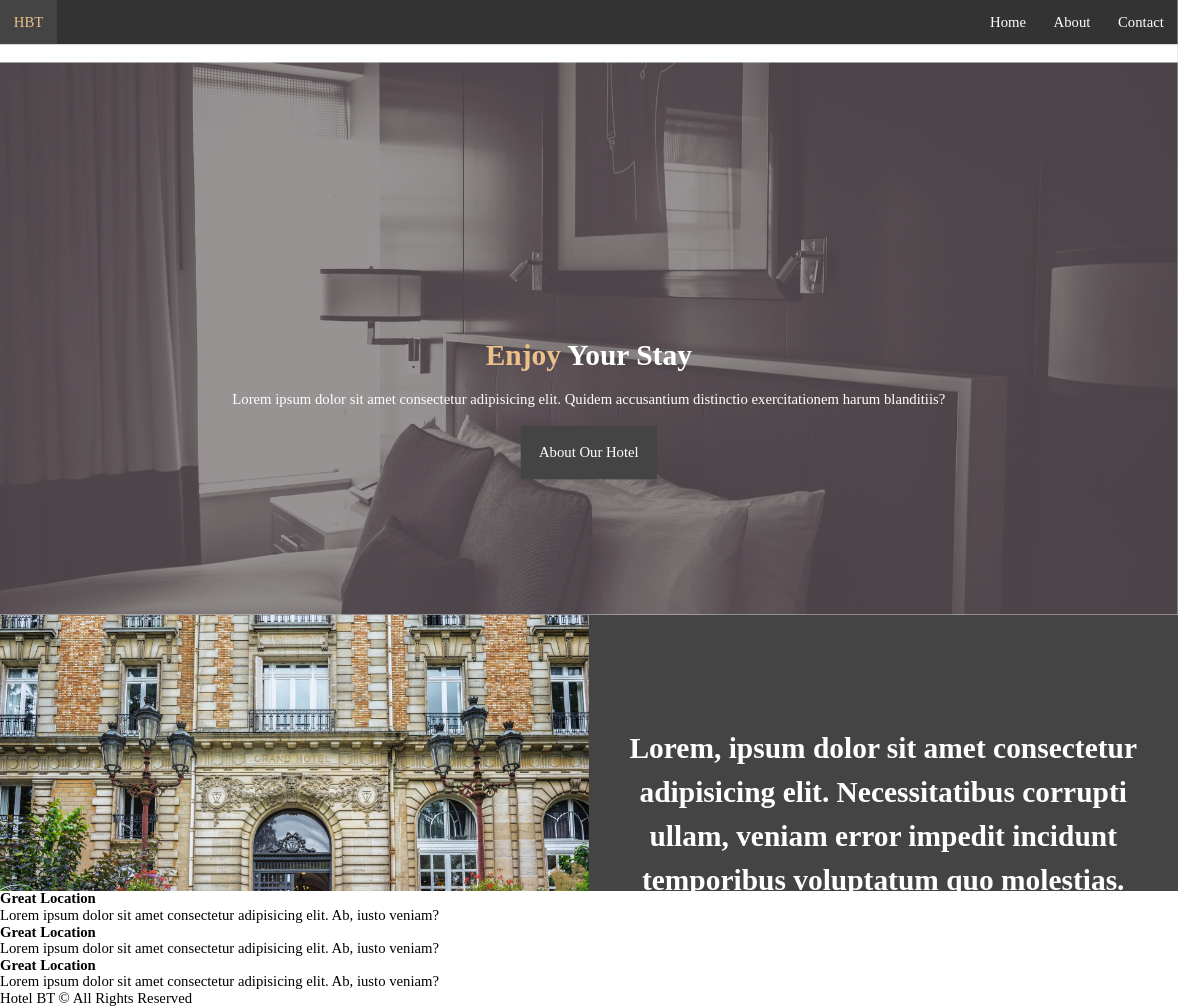
Repository: reemoon-ctrl/hotel-website
Page: 35 - hotel-website/index.html
An editor plug-in stored every save of this project. The page is shown before and after the next save, followed by the edit.
The browser window is 1280 px wide. The pictures show the whole page, at 92% of full size.

Above is the page before, as saved 2024-07-21 12:38:14.

After the next save:
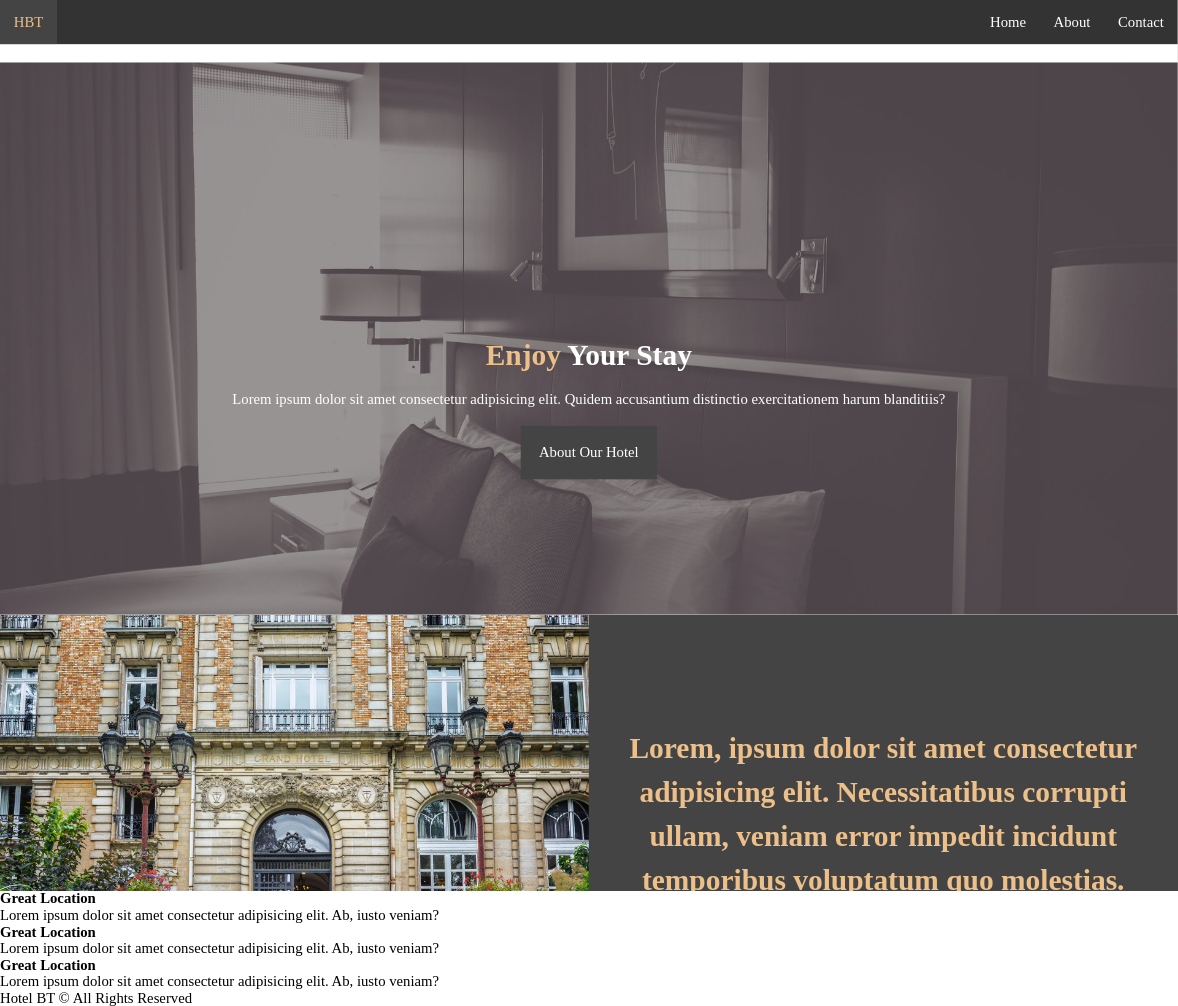
Saved 10 s later.
--- a/35 - hotel-website/index.html
+++ b/35 - hotel-website/index.html
@@ -32,7 +32,7 @@
     <main class="main-content">
         <img class="hotelimg"src="img\photo-1.jpg" alt="hotel-img">
         <div class="hotel-disc">
-            <h3><span class="f"The History Of Our Hotel</h3>
+            <h3><span class="fword"The History Of Our Hotel</h3>
             <p>Lorem, ipsum dolor sit amet consectetur adipisicing elit. Necessitatibus corrupti ullam, veniam error impedit incidunt temporibus voluptatum quo molestias. Saepe enim ducimus quos repudiandae corporis.</p>
             <a href="">Read More</a>
         </div>
